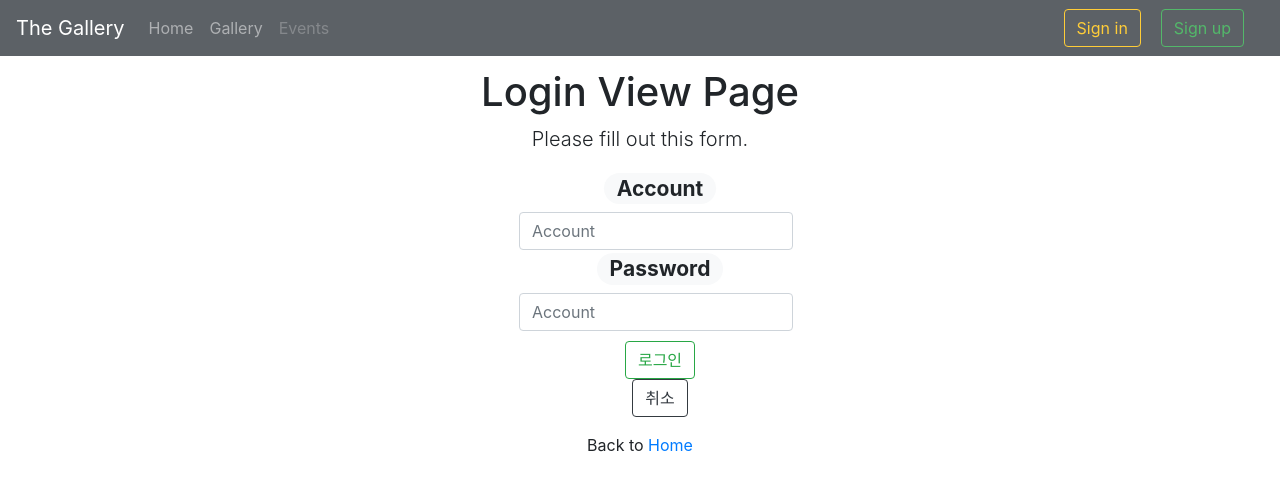
Repository: caramelsyrup/SpringProject1
Page: http://localhost/gallery/WEB-INF/views/customLogin.jsp
An editor plug-in stored every save of this project. The page is shown before and after the next save, followed by the edit.
The browser window is 1280 px wide. The pictures show the whole page.
The page is served by Tomcat 9. Nobody is signed in. Other server files are loaded and not shown. The template is opened directly, without the code that normally fills it, so the values that code supplies are empty.

Above is the page before, as saved 2020-11-17 05:53:51.

### gallery/src/main/webapp/WEB-INF/views/customLogin.jsp
<%@ page language="java" contentType="text/html; charset=UTF-8" pageEncoding="UTF-8"%>
<%@ include file="/resources/includes/header.jsp" %>
<title>로그인화면</title>
</head>
<main role="main" class="flex-shrink-1" style="margin-top: 20px">
  <div class="container" align="center">
    <h1 class="mt-5">Login View Page</h1>
    <p class="lead">Please fill out this form.</p>
    <form class="form-inline mt-2 mt-md-0" action="login" method="post" id="loginForm">
    	<ul style="list-style: none; margin-left: auto; margin-right: auto;">
    		<li>
    			<h3><span class="badge badge-pill badge-light">Account</span></h3>
        		<input class="form-control mr-sm-2" type="text" placeholder="Account" aria-label="Search" name="username" id="username">
    		</li>
    		<li>
    			<h3><span class="badge badge-pill badge-light">Password</span></h3>
	    		<input class="form-control mr-sm-2" type="text" placeholder="Account" aria-label="Search" name="password" id="password">
    		</li>
    		<li style="margin-top: 10px;">
    			<input class="btn btn-outline-success my-2 my-sm-0" type="button" id="btnLogin" value="로그인">
    		</li>
    		<li><input class="btn btn-outline-dark my-2 my-sm-0" type="reset" value="취소"></li>
    	</ul>
      </form>
   <p>Back to <a href="/">Home</a></p>
  </div>

	<script type="text/javascript" src="/resources/js/login.js"></script>
</main>

</body>
</html>

### gallery/src/main/webapp/resources/includes/header.jsp
<%@ taglib prefix="c" uri="http://java.sun.com/jsp/jstl/core" %>
<!DOCTYPE html>
<html>
<head>
<meta charset="UTF-8">
    <meta charset="utf-8">
    <meta name="viewport" content="width=device-width, initial-scale=1, shrink-to-fit=no">
    <meta name="description" content="">
    <meta name="author" content="Mark Otto, Jacob Thornton, and Bootstrap contributors">
    <meta name="generator" content="Jekyll v4.1.1">
<script src="https://code.jquery.com/jquery-3.5.1.js" integrity="sha256-QWo7LDvxbWT2tbbQ97B53yJnYU3WhH/C8ycbRAkjPDc=" crossorigin="anonymous"></script>
<!-- Latest compiled and minified CSS -->
<link rel="stylesheet" href="https://stackpath.bootstrapcdn.com/bootstrap/4.5.2/css/bootstrap.min.css">
<!-- Latest compiled JavaScript -->
<script src="https://stackpath.bootstrapcdn.com/bootstrap/4.5.2/js/bootstrap.min.js"></script>
</head>
<!-- 최상단 -->
<body class="d-flex flex-column h-100">
    <header>
  <!-- Fixed navbar -->
  <nav class="navbar navbar-expand-md navbar-dark fixed-top bg-dark" style="opacity: 0.8;">
    <a class="navbar-brand" href="/">The Gallery</a>
    <button class="navbar-toggler" type="button" data-toggle="collapse" data-target="#navbarCollapse" aria-controls="navbarCollapse" aria-expanded="false" aria-label="Toggle navigation">
      <span class="navbar-toggler-icon"></span>
    </button>
    <div class="collapse navbar-collapse" id="navbarCollapse">
      <ul class="navbar-nav mr-auto">
        <li class="nav-item">
          <a class="nav-link" href="/">Home <!-- <span class="sr-only">(current)</span> --> </a>
        </li>
        <li class="nav-item">
          <a class="nav-link" href="/gallery/list">Gallery</a>
        </li>
        <c:choose>
	        <c:when test="${member.auth==0||member.auth==1}">
	        	<li class="nav-item">
		          <a class="nav-link" href="/events/elist">Events</a>
		        </li>
	        </c:when>
			<c:otherwise>
				<li class="nav-item">
		          <a class="nav-link disabled" href="/events/elist"  aria-disabled="true">Events</a>
		        </li>
			</c:otherwise>
        </c:choose>

	    <c:if test="${member.auth==0}">
	     <li class="nav-item">
	      <a class="nav-link" href="/member/memberInfo/${member.username}">Info</a>
	     </li>
	    </c:if>
	    <c:if test="${member.auth==1}">
	     <li class="nav-item">
	      <a class="nav-link" href="/member/allmember">All Member</a>
	     </li>
	     <li class="nav-item">
	      <a class="nav-link disabled" href="/member/allReser"  aria-disabled="true">All Reservation</a>
	     </li>
	    </c:if>

      </ul>
       <c:choose>
       	<c:when test="${empty member.username}">
       		<a class="btn btn-outline-warning my-2 my-sm-0" href="/member/createMember" style="margin-right: 20px">Sign in</a>
      		<a class="btn btn-outline-success my-2 my-sm-0" href="/customLogin" style="margin-right: 20px">Sign up</a>
      	</c:when>
      	<c:otherwise>
        	<a class="btn btn-outline-success my-2 my-sm-0" href="/customLogout">Logout</a>
        </c:otherwise>
       </c:choose>
    </div>
  </nav>
</header>

### gallery/src/main/webapp/resources/js/login.js
$(document).ready(function(){


	$("#btnLogin").click(function(){
		var userID = $("#username").val();
		var password = $("#password").val();
		if(userID==""){
			alert('아이디를 입력하세요!');
			$("#username").focus();
			return false;
		}
		if(password==""){
			alert('비밀번호를 입력하세요!');
			$("#password").focus();
			return false;
		}
		// 로그인 판단
		loginDo($("#username").val(),$("#password").val());
	});


});

function loginDo(username,password){
	// 값이 있으면, 해당 컨트롤러에서 처리후 결과 받음
		$.ajax({
			type:"POST",
			url:"/login",
			data:{"username":username,"password":password}
		})
		.done(function(resp){
			if(resp=="go"){
				alert('Welcome!');
				location.href="/";
			}else{
				alert('Pleae check your info');
			}
		})
		.fail(function(e){
			alert("Please Check your Account");
		});
}

After the next save:
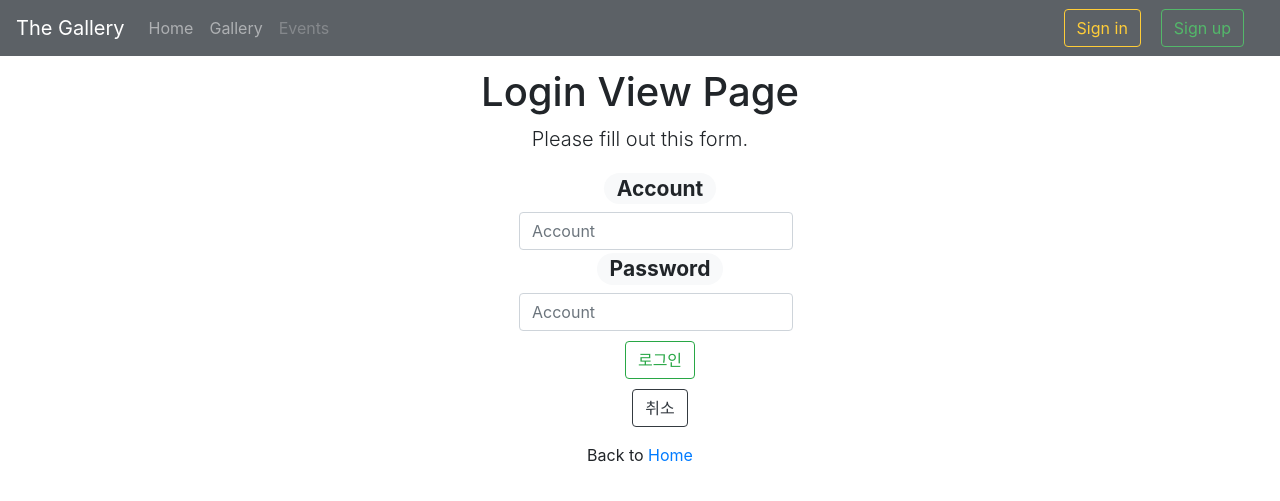
Saved 11 s later.
--- a/gallery/src/main/webapp/WEB-INF/views/customLogin.jsp
+++ b/gallery/src/main/webapp/WEB-INF/views/customLogin.jsp
@@ -16,7 +16,7 @@
     			<h3><span class="badge badge-pill badge-light">Password</span></h3>
 	    		<input class="form-control mr-sm-2" type="text" placeholder="Account" aria-label="Search" name="password" id="password">
     		</li>
-    		<li style="margin-top: 10px;">
+    		<li style="margin-top: 10px; margin-bottom: 10px;">
     			<input class="btn btn-outline-success my-2 my-sm-0" type="button" id="btnLogin" value="로그인">
     		</li>
     		<li><input class="btn btn-outline-dark my-2 my-sm-0" type="reset" value="취소"></li>
